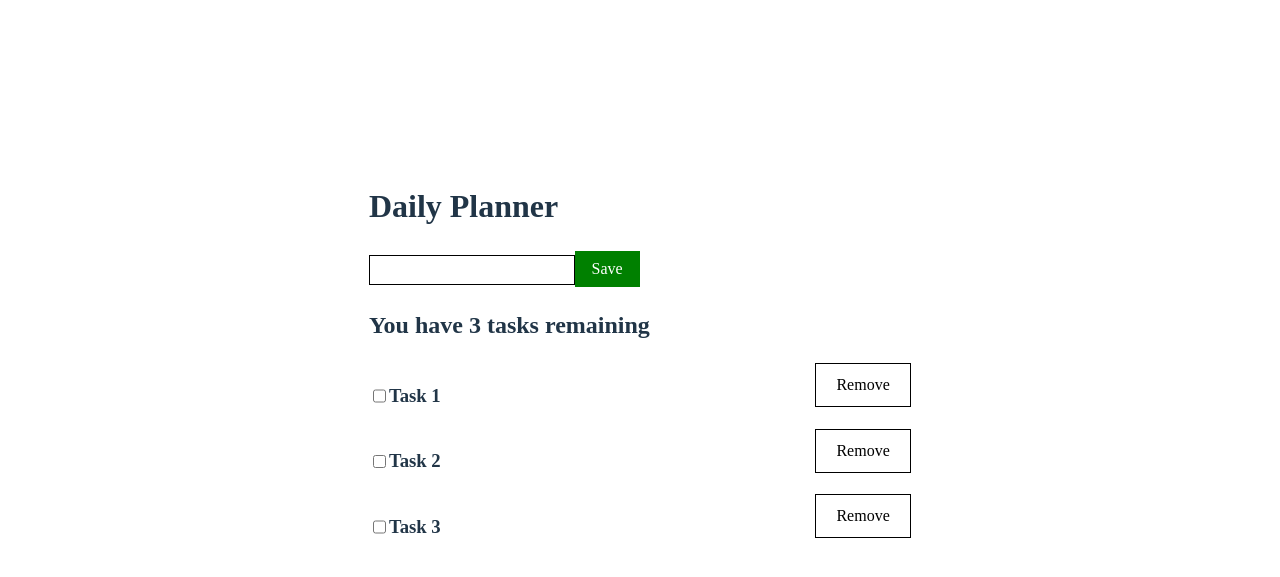
Repository: SamanthaYan298/my_planner
Page: /
An editor plug-in stored every save of this project. The page is shown before and after the next save, followed by the edit.
The browser window is 1280 px wide. The pictures show the whole page.
The project was rebuilt for these pictures with package versions that can differ from the ones it lists, and the page was loaded fresh each time. Also part of the build but not shown: vite.config.js.

Above is the page before, as saved 2024-10-07 17:15:06.

### src/App.jsx
import { useState } from 'react'
import './App.css'

function App() {

  return (
    <>
      <div className='main'>
        <h1>Daily Planner</h1>
        <form>
          <input
            type="text"
            className='form-input'
          />
          <button className='form-btn'>Save</button>
        </form>
        <h2>You have 3 tasks remaining</h2>
        <div>
          <div className='task-list'>
            <input type="checkbox" />
            <h3>Task 1</h3>
            <button className='task-btn'>Remove</button>
          </div>

          <div className='task-list'>
            <input type="checkbox" />
            <h3>Task 2</h3>
            <button className='task-btn'>Remove</button>
          </div>

          <div className='task-list'>
            <input type="checkbox" />
            <h3>Task 3</h3>
            <button className='task-btn'>Remove</button>
          </div>
        </div>
      </div>
    </>
  )
}

export default App

### src/index.css
:root {
  font-family: Inter, system-ui, Avenir, Helvetica, Arial, sans-serif;
  line-height: 1.5;
  font-weight: 400;

  color-scheme: light dark;
  color: rgba(255, 255, 255, 0.87);
  background-color: #242424;

  font-synthesis: none;
  text-rendering: optimizeLegibility;
  -webkit-font-smoothing: antialiased;
  -moz-osx-font-smoothing: grayscale;
}

a {
  font-weight: 500;
  color: #646cff;
  text-decoration: inherit;
}
a:hover {
  color: #535bf2;
}

body {
  margin: 0;
  display: flex;
  place-items: center;
  min-width: 320px;
  min-height: 100vh;
}

/* h1 {
  font-size: 3.2em;
  line-height: 1.1;
} */

/* button {
  border-radius: 8px;
  border: 1px solid transparent;
  padding: 0.6em 1.2em;
  font-size: 1em;
  font-weight: 500;
  font-family: inherit;
  background-color: #1a1a1a;
  cursor: pointer;
  transition: border-color 0.25s;
}
button:hover {
  border-color: #646cff;
}
button:focus,
button:focus-visible {
  outline: 4px auto -webkit-focus-ring-color;
} */

@media (prefers-color-scheme: light) {
  :root {
    color: #213547;
    background-color: #ffffff;
  }
  a:hover {
    color: #747bff;
  }
  button {
    background-color: #f9f9f9;
  }
}

### src/App.css
#root {
  max-width: 1280px;
  margin: 0 auto;
  padding: 0;
  top: 0;
  font-family: "Playfair Display", serif;
}

.main {
  text-align: left;
}

.task-list {
  display: flex;
  flex-direction: row;
}

.form-btn {
  background-color: green;
  border: 1px solid green;
  color: white;
  padding: 0.5em 1em;
  font-family: "Playfair Display", serif;
  font-size: 1em;
}

.task-btn {
  padding: 0.5em 1em;
  border: 1px solid;
  background-color: white;
  width: 6em;
  height: 2.75em;
  font-family: "Playfair Display", serif;
  font-size: 1em;
}

.form-input {
  padding: 0.5em 1em;
  border: 1px solid;
}

div h3 {
  padding-right: 20em;
}

Loaded but not shown: index.html (common file); src/main.jsx (common file)

After the next save:
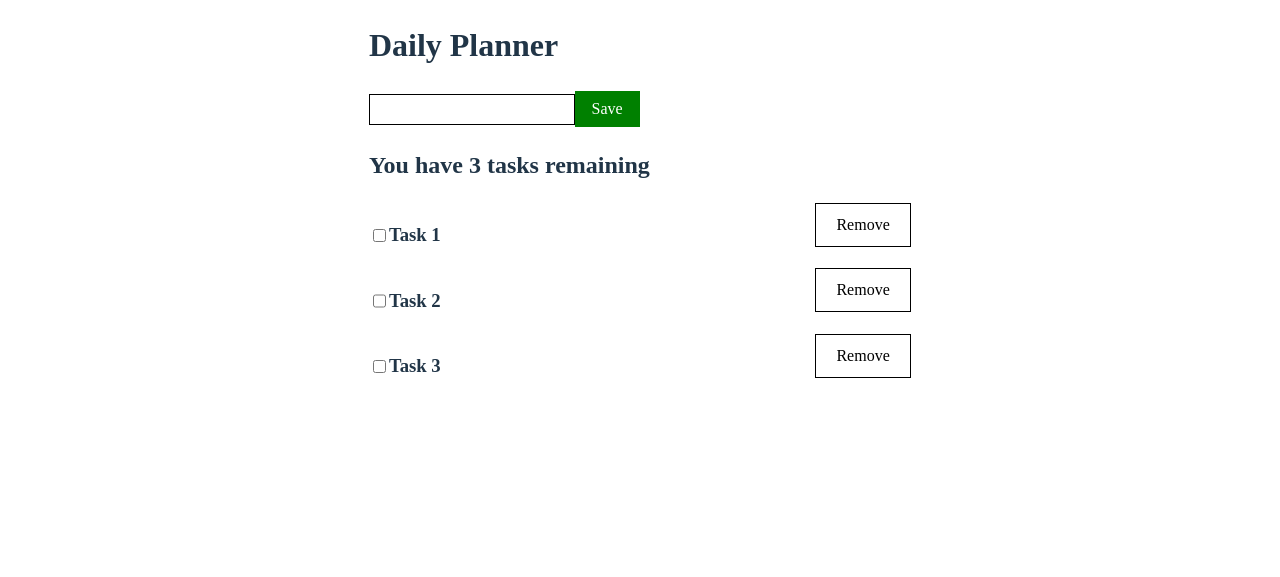
Saved 84 s later.
--- a/src/index.css
+++ b/src/index.css
@@ -25,10 +25,13 @@
 body {
   margin: 0;
   display: flex;
-  place-items: center;
+  flex-direction: column;
+  align-items: flex-start;
   min-width: 320px;
   min-height: 100vh;
+  padding-top: 0;
 }
+
 
 /* h1 {
   font-size: 3.2em;
